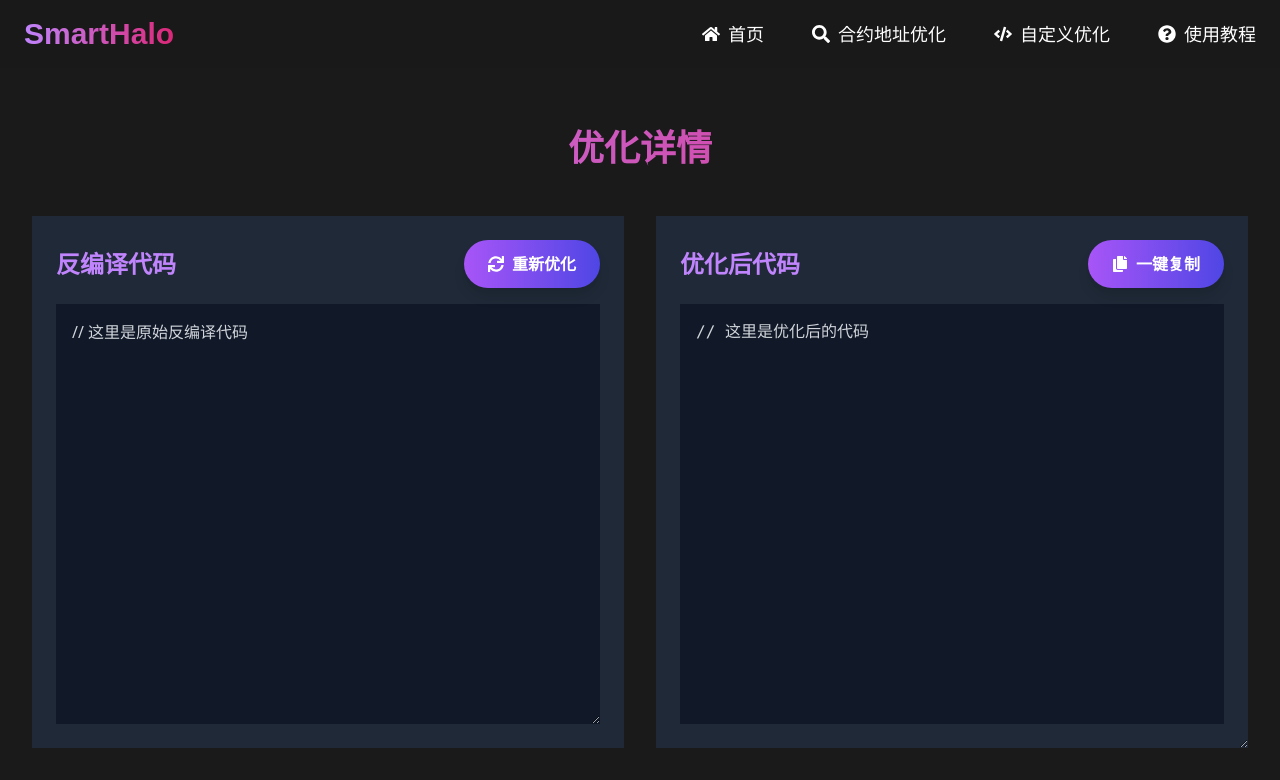
Repository: RunnerQuan/smart-halo
Page: /optimization-details
These files come from the project's save history. The page is drawn as it stood at one moment and after the next save; the edit follows.
The browser window is 1280 px wide. The pictures show the whole page.
The project was rebuilt for these pictures with package versions that can differ from the ones it lists, and the page was loaded fresh each time. The framework's server and built-in components were replaced by stand-ins that run in the browser. Also part of the build but not shown: next.config.mjs.

Above is the page before, as saved 2024-10-18 14:50:30.

After the next save:
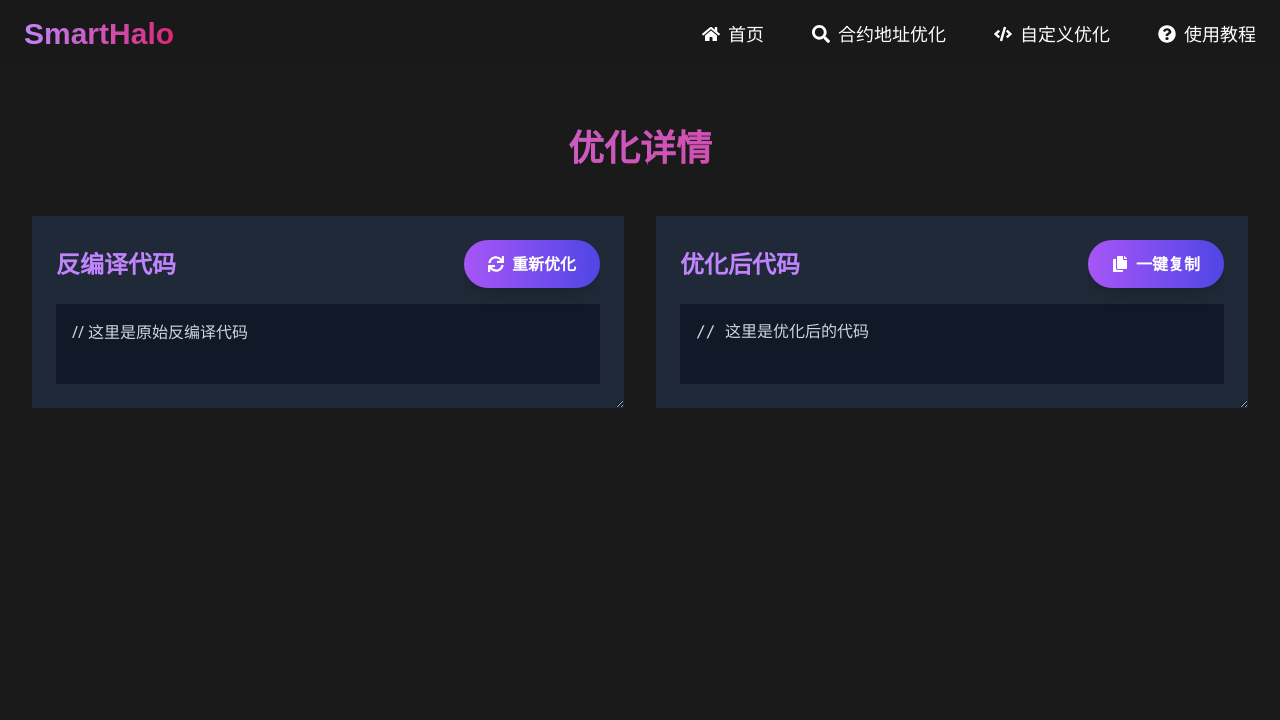
Saved 119 s later.
--- a/app/optimization-details/page.tsx
+++ b/app/optimization-details/page.tsx
@@ -131,7 +131,7 @@ export default function OptimizationDetails() {
 
         <div className="w-full flex flex-col md:flex-row space-y-8 md:space-y-0 md:space-x-8">
           <motion.div
-            className="flex-1 bg-gray-800 rounded-lg p-6 relative flex flex-col"
+            className="flex-1 bg-gray-800 rounded-lg p-6 relative flex flex-col resize overflow-auto"
             initial={{ opacity: 0, x: -50 }}
             animate={{ opacity: 1, x: 0 }}
             transition={{ duration: 0.5, delay: 0.2 }}
@@ -144,7 +144,7 @@ export default function OptimizationDetails() {
               </AnimatedButton>
             </div>
             <textarea
-              className="w-full h-[calc(100vh-300px)] bg-gray-900 text-gray-300 p-4 rounded-lg focus:outline-none focus:ring-2 focus:ring-purple-500"
+              className="w-full h-full bg-gray-900 text-gray-300 p-4 rounded-lg focus:outline-none focus:ring-2 focus:ring-purple-500 resize-none"
               value={originalCode}
               onChange={(e) => setOriginalCode(e.target.value)}
             ></textarea>
@@ -163,7 +163,7 @@ export default function OptimizationDetails() {
                 一键复制
               </AnimatedButton>
             </div>
-            <pre className="w-full h-[calc(100vh-300px)] bg-gray-900 text-gray-300 p-4 rounded-lg overflow-auto">
+            <pre className="w-full h-full bg-gray-900 text-gray-300 p-4 rounded-lg overflow-auto resize-none">
               {optimizedCode}
             </pre>
           </motion.div>
